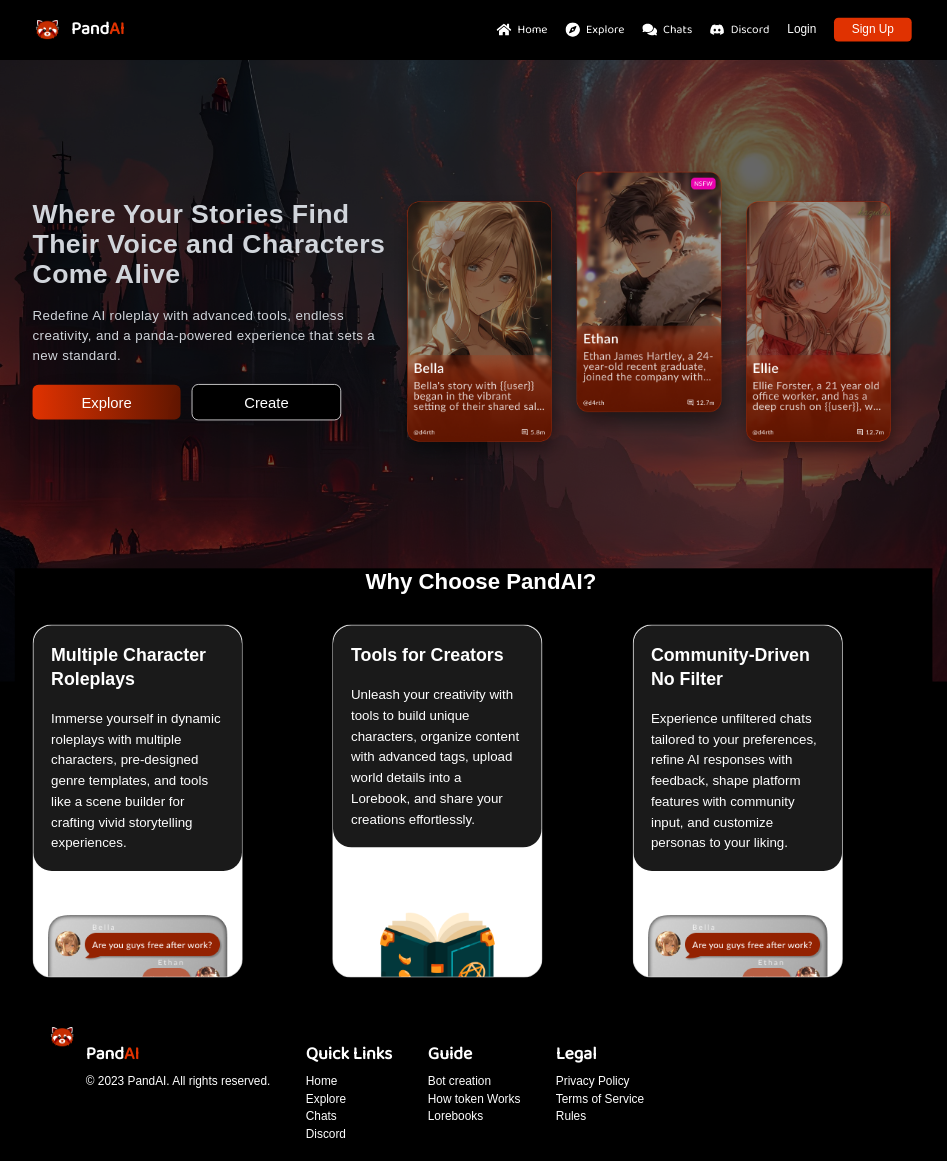
Repository: PandamoniumAI/Pandamonium
Page: /preview
These files come from the project's save history. The page is drawn as it stood at one moment and after the next save; the edit follows.
The browser window is 1280 px wide. The pictures show the whole page, at 74% of full size.
Some web libraries are served in a nearby version. The project was rebuilt for these pictures with package versions that can differ from the ones it lists, and the page was loaded fresh each time. Also part of the build but not shown: vite.config.js, src/Utils/Utils.js, src/Components/SearchBar/SearchBar.jsx, src/Components/CSS/CharacterCard.css, src/Components/CharacterCard/CharacterCard.jsx, src/Components/CSS/CharacterCardModal.css, src/Components/CharacterCardModal/CharacterCardModal.jsx, src/Components/CSS/Tags.css and 15 more.

Above is the page before, as saved 2025-01-01 21:30:13.

After the next save:
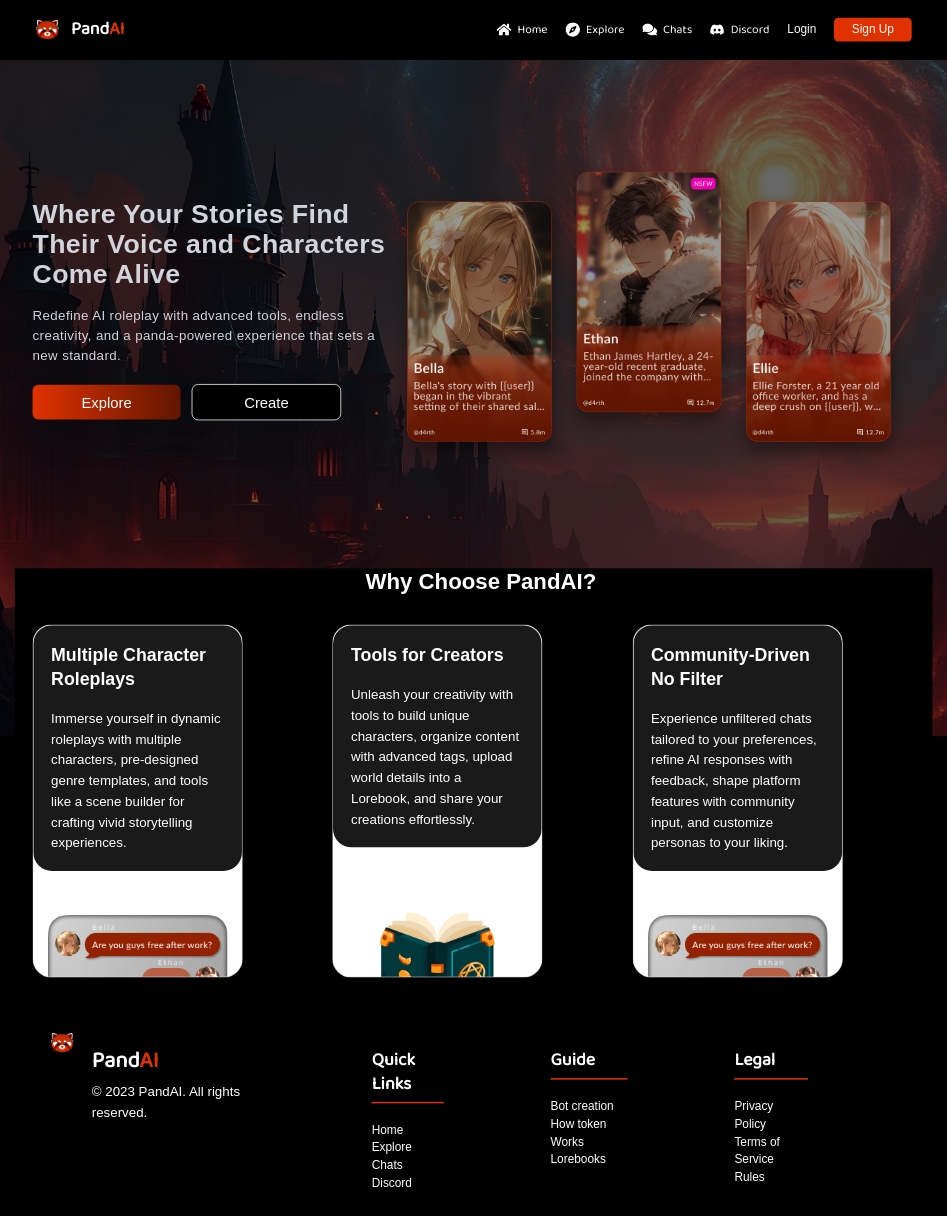
Saved 74 s later.
--- a/src/Preview/Preview.jsx
+++ b/src/Preview/Preview.jsx
@@ -159,60 +159,66 @@
             ))}
           </div>
 
-<div className="Footer bg-black py-6 flex items-start pl-6 mt-10">
-  <img className="w-8 h-8 mr-4 mb-[35px]" src={Animal} alt="Logo" />
-  <div className="flex flex-col mr-12 mt-6">
-    <h1 className="text-2xl font-bold font-baloo text-white">
+          <div className="Footer bg-black py-8 flex items-start pl-6 mt-10">
+  <img className="w-8 h-8 mr-6 mb-4" src={Animal} alt="Logo" />
+  <div className="flex flex-col mr-36 mt-6">
+    <h1 className="text-3xl font-bold font-baloo text-white">
       Pand<span className="text-[#E03201]">AI</span>
     </h1>
-    <p className="text-white mt-2">
+    <p className="text-white mt-2 text-lg">
       © 2023 PandAI. All rights reserved.
     </p>
   </div>
 
-  <div className="Quicklinks mr-12 mt-6">
-    <h1 className="text-2xl font-bold font-baloo text-white">Quick Links</h1>
-    <ul className="list-none pl-0 mt-2">
-      <li className="text-white hover:text-[#E03201] transition">
+  <div className="Quicklinks mr-36 mt-6">
+    <h1 className="text-2xl font-bold font-baloo text-white border-b-2 border-[#E03201] pb-2">
+      Quick Links
+    </h1>
+    <ul className="list-none pl-0 mt-4">
+      <li className="text-white hover:text-[#E03201] transition duration-300">
         <a href="#">Home</a>
       </li>
-      <li className="text-white hover:text-[#E03201] transition">
+      <li className="text-white hover:text-[#E03201] transition duration-300">
         <a href="#">Explore</a>
       </li>
-      <li className="text-white hover:text-[#E03201] transition">
+      <li className="text-white hover:text-[#E03201] transition duration-300">
         <a href="#">Chats</a>
       </li>
-      <li className="text-white hover:text-[#E03201] transition">
+      <li className="text-white hover:text-[#E03201] transition duration-300">
         <a href="#">Discord</a>
       </li>
     </ul>
   </div>
 
-  <div className="guide mr-12 mt-6">
-    <h1 className="text-2xl font-bold font-baloo text-white">Guide</h1>
-    <ul className="list-none pl-0 mt-2">
-      <li className="text-white hover:text-[#E03201] transition">
+  <div className="guide mr-36 mt-6">
+    <h1 className="text-2xl font-bold font-baloo text-white border-b-2 border-[#E03201] pb-2">
+      Guide
+    </h1>
+    <ul className="list-none pl-0 mt-4">
+      <li className="text-white hover:text-[#E03201] transition duration-300">
         <a href="#">Bot creation</a>
       </li>
-      <li className="text-white hover:text-[#E03201] transition">
+      <li className="text-white hover:text-[#E03201] transition duration-300">
         <a href="#">How token Works</a>
       </li>
-      <li className="text-white hover:text-[#E03201] transition">
+      <li className="text-white hover:text-[#E03201] transition duration-300">
         <a href="#">Lorebooks</a>
       </li>
     </ul>
   </div>
 
-  <div className="legal mr-12 mt-6">
-    <h1 className="text-2xl font-bold font-baloo text-white">Legal</h1>
-    <ul className="list-none pl-0 mt-2">
-      <li className="text-white hover:text-[#E03201] transition">
+  <div className="legal mr-36 mt-6">
+    <h1 className="text-2xl font-bold font-baloo text-white border-b-2 border-[#E03201] pb-2">
+      Legal
+    </h1>
+    <ul className="list-none pl-0 mt-4">
+      <li className="text-white hover:text-[#E03201] transition duration-300">
         <a href="#">Privacy Policy</a>
       </li>
-      <li className="text-white hover:text-[#E03201] transition">
+      <li className="text-white hover:text-[#E03201] transition duration-300">
         <a href="#">Terms of Service</a>
       </li>
-      <li className="text-white hover:text-[#E03201] transition">
+      <li className="text-white hover:text-[#E03201] transition duration-300">
         <a href="#">Rules</a>
       </li>
     </ul>
